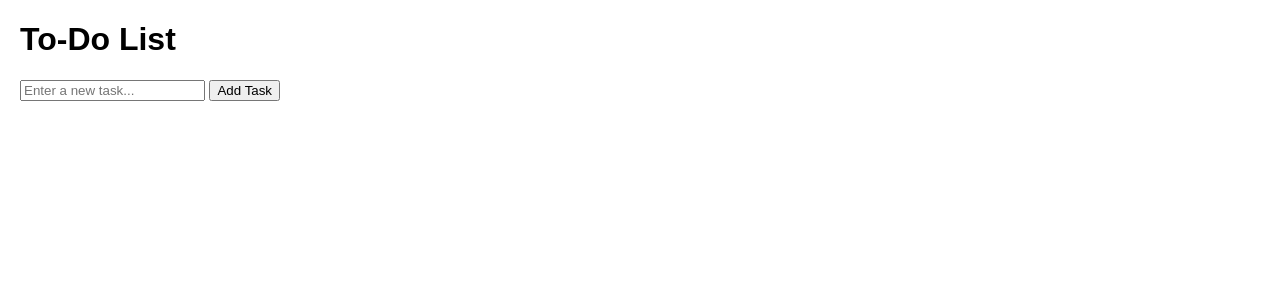
Repository: Jawidan77/sba316
Page: sba316.html
These files come from the project's save history. The page is drawn as it stood at one moment and after a run of saves; the edit follows.
The browser window is 1280 px wide. The pictures show the whole page.

Above is the page before, as saved 2024-08-21 14:33:41.
Not found: app.js

### sba316.html
<!DOCTYPE html>
<html lang="en">
<head>
    <meta charset="UTF-8">
    <meta name="viewport" content="width=device-width, initial-scale=1.0">
    <title>To-Do List</title>
    <style>
        body {
            font-family: Arial, sans-serif;
            margin: 20px;
        }
        #task-list {
            list-style-type: none;
            padding: 0;
        }
        #task-list li {
            background-color: #f4f4f4;
            margin: 5px 0;
            padding: 10px;
            border-radius: 5px;
            display: flex;
            justify-content: space-between;
        }
    </style>
</head>
<body>

    <h1>To-Do List</h1>

    <form id="task-form">
        <input type="text" id="task-input" placeholder="Enter a new task..." required>
        <button type="submit">Add Task</button>
    </form>

    <ul id="task-list"></ul>

    <script src="app.js"></script>
</body>
</html>

After the next 2 saves:
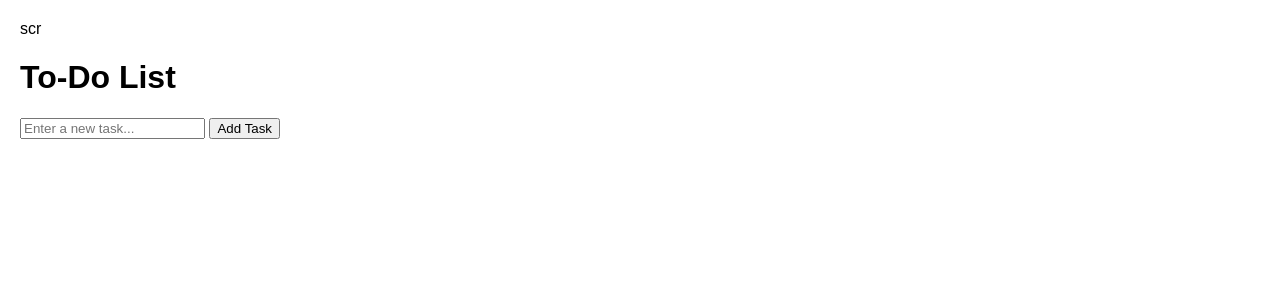
The 2 saves are shown as one change because they came seconds apart.
The last was saved 35 s later.
--- a/sba316.html
+++ b/sba316.html
@@ -3,6 +3,7 @@
 <head>
     <meta charset="UTF-8">
     <meta name="viewport" content="width=device-width, initial-scale=1.0">
+    scr
     <title>To-Do List</title>
     <style>
         body {
